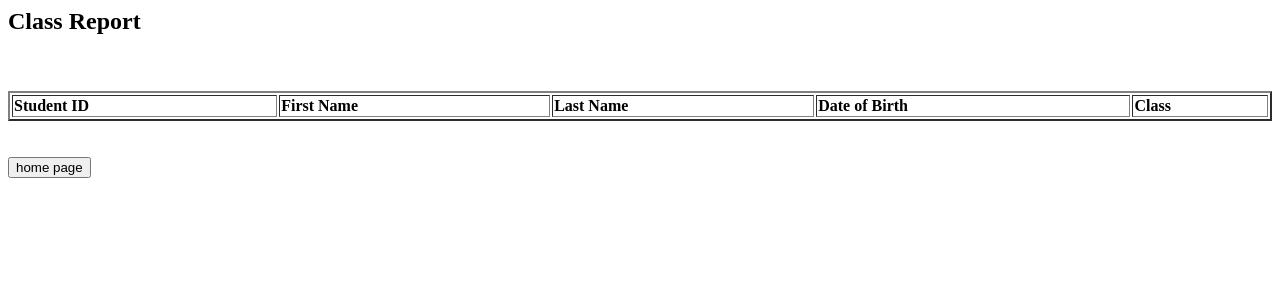
Repository: anithagnana123/Simplilearn_Phase2_project
Page: http://localhost/phase2-project/thereport.jsp
These files come from the project's save history. The page is drawn as it stood at one moment and after the next save; the edit follows.
The browser window is 1280 px wide. The pictures show the whole page.
The page is served by Tomcat 9. Queries for data that is not in the repository find no rows.

Above is the page before, as saved 2022-10-26 11:16:05.

After the next save:
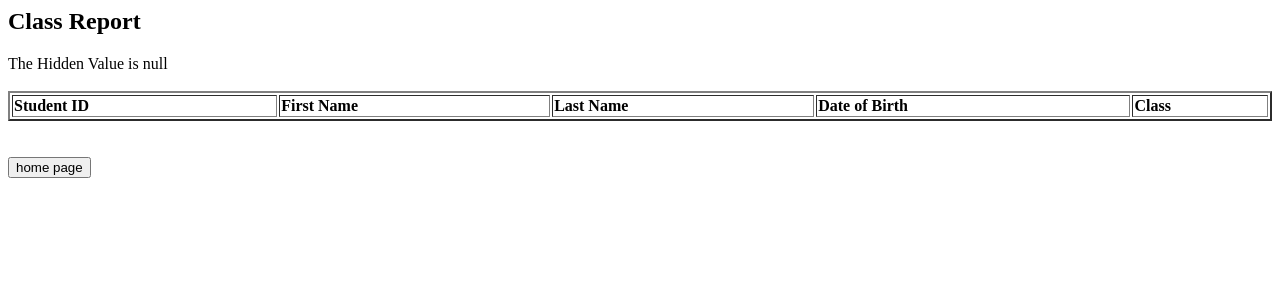
Saved 22 s later.
--- a/phase2-project/src/main/webapp/thereport.jsp
+++ b/phase2-project/src/main/webapp/thereport.jsp
@@ -17,9 +17,10 @@
 
 <h2>Class Report</h2>
 
-
+<% String hidden = request.getParameter("class_section"); %>
+The Hidden Value is <%=hidden %>
 <br> <br>
- <sql:query var="rs" dataSource="${database}">
+   <sql:query var="rs" dataSource="${database}">
          SELECT * FROM student_info where class_sec = class_sec;
     </sql:query>
 
